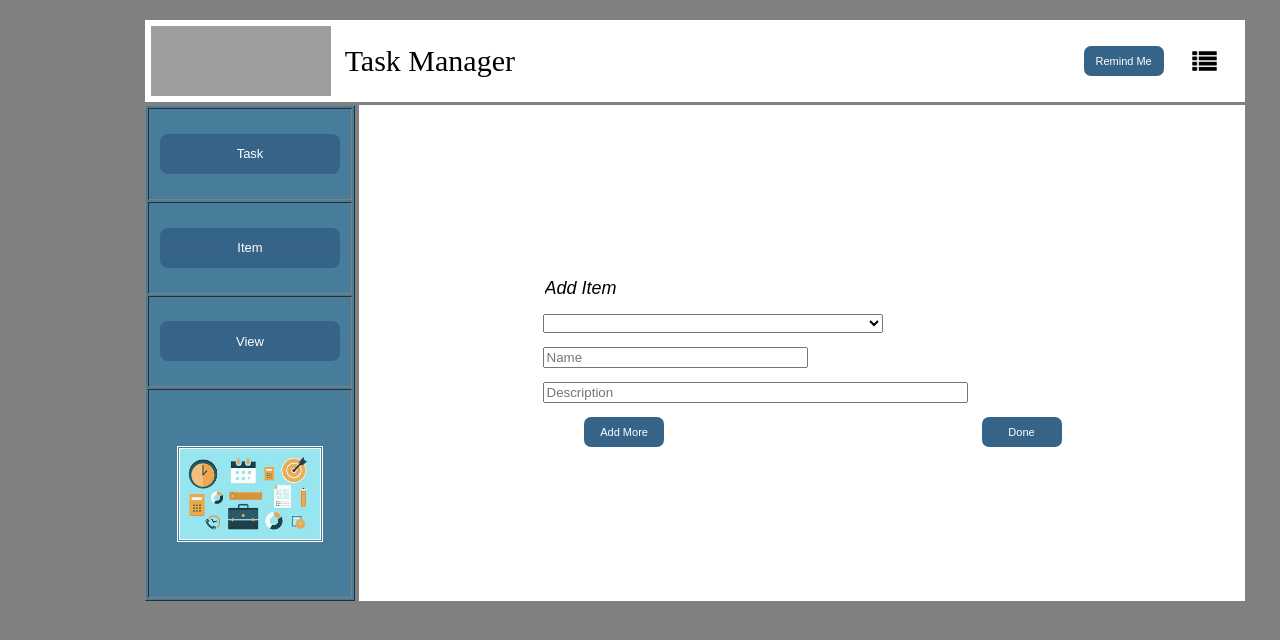
Repository: SnehaSalvi/TaskManagerProject
Page: http://localhost/TaskManagerChecklist/AddItem.jsp
These files come from the project's save history. The page is drawn as it stood at one moment and after the next save; the edit follows.
The browser window is 1280 px wide. The pictures show the whole page.
Pictures or frames that could not be fetched are drawn as grey boxes. The page is served by Tomcat 9.

Above is the page before, as saved 2016-10-14 10:42:57.

After the next save:
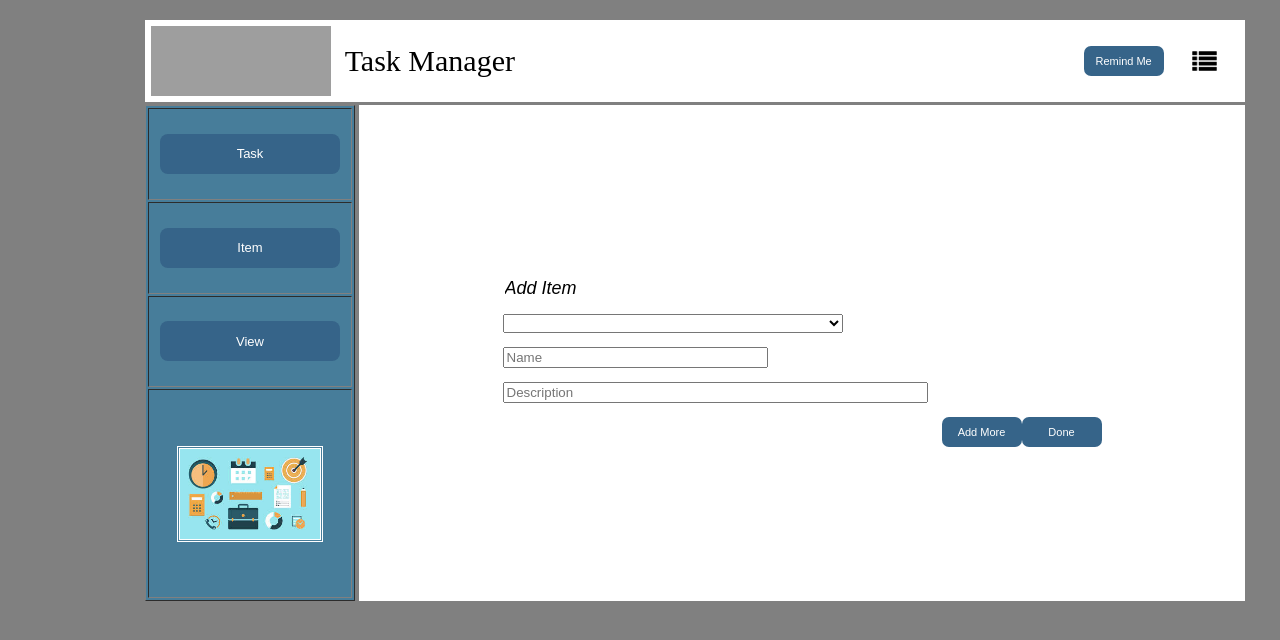
Saved 11 s later.
--- a/TaskManagerChecklist/WebContent/AddItem.jsp
+++ b/TaskManagerChecklist/WebContent/AddItem.jsp
@@ -86,14 +86,11 @@
 									<td>&nbsp;</td>
 								</tr>
 								<tr>
-									<td>
+									<td colspan="2">
 
 									</td>
 									<td>
-										<input type="submit" id="button1" name="addmore" value="Add More"/>
-									</td>
-									<td>
-										<input id="button1" type="submit" name="done" value="Done"/>
+										<input type="submit" id="button1" name="addmore" value="Add More"/><input id="button1" type="submit" name="done" value="Done"/>
 									</td>
 								</tr>
 							</table>
